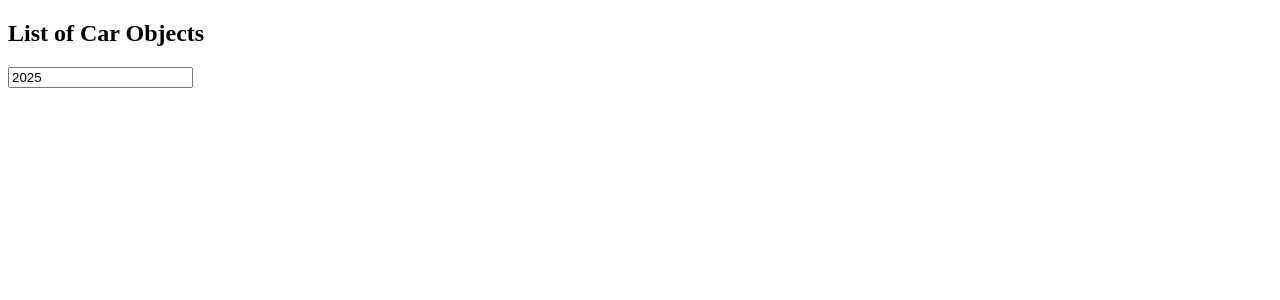
Repository: wakoya-tech/my-react-practice
Page: /
The author's editor kept a copy of each file at every save. The page is drawn from the files as they stood at one save, then again after the next save.
The browser window is 1280 px wide. The pictures show the whole page.
The project was rebuilt for these pictures with package versions that can differ from the ones it lists, and the page was loaded fresh each time. Also part of the build but not shown: vite.config.js, src/index.css.

Above is the page before, as saved 2025-10-04 11:10:22.

### src/App.jsx

import CarList from './CarList.jsx';


function App() {

  return (
<CarList/>
  );
}
export default App;

### src/CarList.jsx
import { useState } from 'react';
function CarList(){
    const [Cars,setCars]=useState([]);
    const [carYear,setCarYear]=useState(new Date().getFullYear());
    const [carMake,setCarMake]=useState("");
    const [carModel,setCarModel]=useState("");
    function handleAddCar(){
        const newCar={
            year:carYear,
            make:carMake,
            model:carModel
        };
        setCars(c=>[...c,newCar]);
        setCarYear(new Date().getFullYear());

    }
    function handleRemovedCar(index){
        setCars(c=>c.filter((_,i)=> i !== index));
    }
    function handleYearChange(){

    }
    function handleMakeChange(){

    }
    function handleModelChange(){

    }
    return(<>
    <h2>List of Car Objects</h2>
    <u>

    </u>
    <input type="number" value={carYear} onChange={handleYearChange} />
    </>)
}
export default CarList

Loaded but not shown: index.html (common file); src/main.jsx (common file)

After the next save:
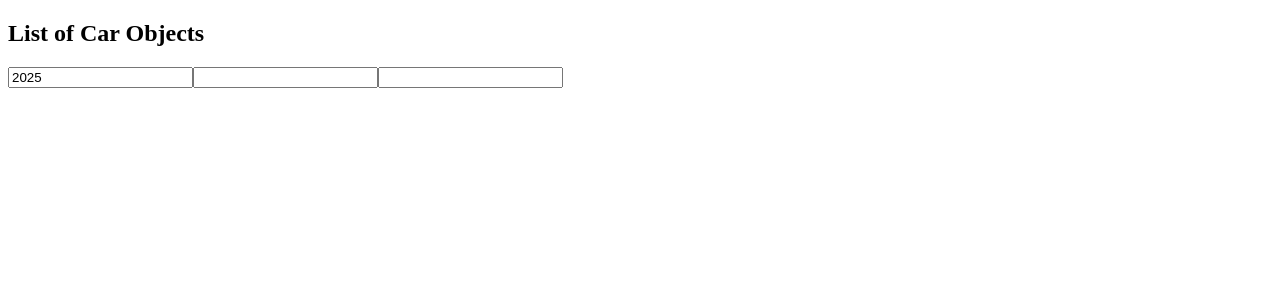
Saved 53 s later.
--- a/src/CarList.jsx
+++ b/src/CarList.jsx
@@ -32,6 +32,8 @@ function CarList(){
 
     </u>
     <input type="number" value={carYear} onChange={handleYearChange} />
+    <input type="number" value={carMake} onChange={handleYearChange} />
+    <input type="number" value={carModel} onChange={handleYearChange} />
     </>)
 }
 export default CarList
